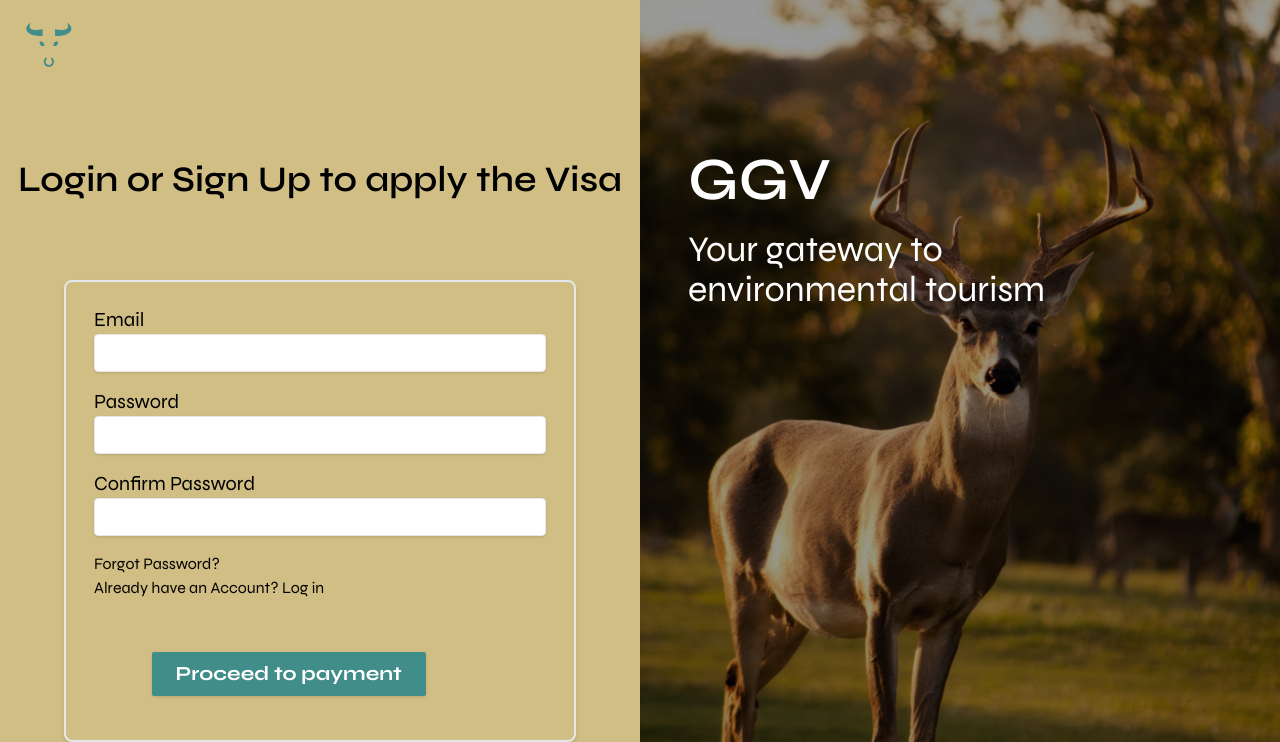
Repository: EngrAhmadUmar/landing-page
Page: /register
The author's editor kept a copy of each file at every save. The page is drawn from the files as they stood at one save, then again after the next save.
The browser window is 1280 px wide. The pictures show the whole page.
The project was rebuilt for these pictures with package versions that can differ from the ones it lists, and the page was loaded fresh each time. The framework's server and built-in components were replaced by stand-ins that run in the browser. Also part of the build but not shown: next.config.js, styles/Home.module.css, src/Components/ApplyPageComponents/ApplyForm.jsx, src/Components/ApplyPageComponents/LoginForm.jsx.

Above is the page before, as saved 2022-07-06 11:38:29.

### pages/_app.js
import "../styles/globals.css";
import { ApolloClient, InMemoryCache, ApolloProvider } from "@apollo/client";

//apollo clients
const client = new ApolloClient({
  uri: "http://localhost:1337/graphql",
  cache: new InMemoryCache()
});

function MyApp({ Component, pageProps }) {
  return (
    <ApolloProvider client={client}>
      <Component {...pageProps} />
    </ApolloProvider>
  );
}

export default MyApp;

### pages/register.js
import React from "react";
import { RegisterForm } from "../src/Components/ApplyPageComponents/Index";

export default function Login() {
  return (
    <React.Fragment>
      <div className="bg-[#d1be84] h-[100vh]">
        <RegisterForm />
      </div>
    </React.Fragment>
  );
}

### pages/api/checkout_sessions.js
const stripe = require("stripe")(process.env.STRIPE_SECRET_KEY);

export default async function handler(req, res) {
  if (req.method === "POST") {
    try {
      const sgMail = require("@sendgrid/mail");
      sgMail.setApiKey(process.env.SENDGRID_API_KEY);
      const message = {
        to: "zcaptain65@gmail.com",
        from: "zcaptain2002@gmail.com",
        // subject: "Scenario 44",
        // text: "Lift and coast where possible",
        templateId: "d-f408be01db99489cbd757d4607cf23f2",
        dynamicTemplateData: {
          subject: "GGV Test Email",
        },
        // html: "<h1>Success</h1> <p>We received your purchase request;<br/> we'll be in touch shortly!</p>",
      };

      sgMail
        .send(message)
        .then((response) => console.log("Email Sent"))
        .catch((error) => console.log(error.message));
      // Create Checkout Sessions from body params.
      const session = await stripe.checkout.sessions.create({
        line_items: [
          {
            // Provide the exact Price ID (for example, pr_1234) of the product you want to sell
            price: "price_1LG6qaFQPGmzrn5tDKjmnos3",
            quantity: 1,
          },
        ],
        mode: "payment",

        success_url: `${req.headers.origin}/payments/?success=true`,
        cancel_url: `${req.headers.origin}/payments/?canceled=true`,
      });
      res.redirect(303, session.url);
    } catch (err) {
      res.status(err.statusCode || 500).json(err.message);
    }
  } else {
    res.setHeader("Allow", "POST");
    res.status(405).end("Method Not Allowed");
  }
}

### styles/globals.css
@import url("https://fonts.googleapis.com/css2?family=Poppins:wght@400;500;600&family=Syne:wght@400;500;600;700&display=swap");

@tailwind base;
@tailwind components;
@tailwind utilities;

### src/Components/ApplyPageComponents/Index.jsx
export { default as ApplyForm } from "./ApplyForm";
export { default as LoginForm } from "./LoginForm";
export { default as RegisterForm } from "./RegisterForm";

### src/Components/ApplyPageComponents/RegisterForm.jsx
import { gql, useMutation } from "@apollo/client";
import Head from "next/head";
import Image from "next/image";
import { useState, useRef } from "react";
import styles from "../../../styles/Home.module.css";

const reg = gql`
  mutation joinUs($username: String!, $email: String!, $password: String!) {
    register(input: { email: $email, password: $password }) {
      jwt
      user {
        id
        email
      }
    }
  }
`;

const JoinUs = () => {
  const emailInputRef = useRef();
  const passwordInputRef = useRef();
  const confirmPasswordInputRef = useRef();

  const [email, setEmail] = useState("");
  const onChangeEmail = (e) => {
    setEmail(e.target.value);
  };
  const [password, setPassword] = useState("");
  const onChangePassword = (e) => {
    setPassword(e.target.value);
  };

  const [confirmPassowrd, setConfirmPassword] = useState("");
  const confirmPasswordChangeHandler = (event) => {
    setConfirmPassword(event.target.value);
  };
  const [joinUs, { data, loading, error }] = useMutation(reg, {
    variables: {
      email: email,
      password: password
    }
  });

  const onSubmit = (e) => {
    e.preventDefault();
    if (email === "" || password === "") {
      return alert("please fill in all fields");
    }

    // check if the password match
    if (
      passwordInputRef.current.value != confirmPasswordInputRef.current.value
    ) {
      return alert("Passwords must match");
    }
    joinUs(password, email);

    setEmail("");
    setPassword("");
    setConfirmPassword("");
  };

  return (
    <div className=" font-syne " id="joinUs">
      <Head>
        <title>Welcome to GGV</title>
        <meta name="description" content="Join Our Family" />
      </Head>
      <div className="font-syne bg-[#d1be84] bg-cover grid grid-col-1 md:grid-cols-2 2xl:h-[100vh]">
        <div className="">
          <div className="w-[50px] h-40 pt-5 ml-6">
            <Image
              src="/logo.svg"
              layout="responsive"
              width={5}
              height={5}
              opacity={100}
            />
          </div>
          <h3
            className={`${
              styles.headings
            }  ${"text-center text-3xl md:text-4xl mb-5 font-semibold"}`}
          >
            Login or Sign Up to apply the Visa
          </h3>
          <form
            onSubmit={onSubmit}
            className="shadow-md rounded-lg px-7 pt-6 pb-8 mt-[5rem] lg:mx-12 xl:mx-auto border-gray border-2 font-Syne md:max-w-lg"
          >
            <div className="mb-4">
              <label className="text-lg md:text-xl">Email</label>
              <input
                type="email"
                ref={emailInputRef}
                value={email}
                onChange={onChangeEmail}
                placeholder=""
                className="shadow appearance-none border rounded w-full py-2 px-3 text-gray-700 leading-tight focus:outline-none focus:shadow-outline"
              />
            </div>
            <div className="mb-4">
              <label className="text-lg md:text-xl">Password</label>
              <input
                type="password"
                ref={passwordInputRef}
                value={password}
                onChange={onChangePassword}
                placeholder=""
                className="shadow appearance-none border rounded w-full py-2 px-3 text-gray-700 leading-tight focus:outline-none focus:shadow-outline"
              />
            </div>
            <div className="mb-4">
              <label className="text-lg md:text-xl">Confirm Password</label>
              <input
                type="password"
                ref={confirmPasswordInputRef}
                value={confirmPassowrd}
                onChange={confirmPasswordChangeHandler}
                placeholder=""
                className="shadow appearance-none border rounded w-full py-2 px-3 text-gray-700 leading-tight focus:outline-none focus:shadow-outline"
              />
            </div>

            <div>
              <h3>Forgot Password?</h3>
              <h3>Already have an Account? Log in</h3>
            </div>
            <div className="mt-5 ml-[8vh]">
              <button
                className="shadow focus:shadow-outline focus:outline-none text-white font-bold py-2 px-6 md:text-xl bg-[#418d89] rounded-sm mt-8 mb-3 py-1"
                onClick={onSubmit}
              >
                Proceed to payment
              </button>
            </div>
          </form>
        </div>

        <div className="md:flex hidden text-white bg-[url('/apply_for_visa_bg.png')]  bg-cover bg-no-repeat sm:bg-center md:bg-bottom lg:bg-bottom xl:bg-bottom 2xl:center">
          <div className="mt-[50px] md:mt-[150px] mx-4 md:mx-12">
            <h3 className="  text-4xl md:text-5xl lg:text-6xl font-semibold">
              GGV
            </h3>
            <p className="max-w-md md:max-w-xl text-2xl md:text-4xl mt-5">
              Your gateway to <br></br>environmental tourism
            </p>
          </div>
          <div></div>
        </div>
      </div>
      <>
        {data && (
          <div>
            <h1>Token: {data.register?.jwt}</h1>
            <span>UserID: {data.register.user?.id} </span>
            <span>UserEmail: {data.register.user?.email} </span>
          </div>
        )}
      </>
    </div>
  );
};

export default JoinUs;

### tailwind.config.js
/** @type {import('tailwindcss').Config} */
module.exports = {
  content: [
    "./pages/**/*.{js,ts,jsx,tsx}",
    "./components/**/*.{js,ts,jsx,tsx}",
    "./src/Components/**/*.{js,ts,jsx,tsx}"
  ],
  theme: {
    extend: {
      colors: {
        black: "#000107",
        green: "#418D89"
      },
      fontFamily: {
        syne: ["Syne"]
      }
    }
  },
  plugins: []
};

Loaded but not shown: pages/api/email.js (no copy from this time; the picture is the same without it)

After the next save:
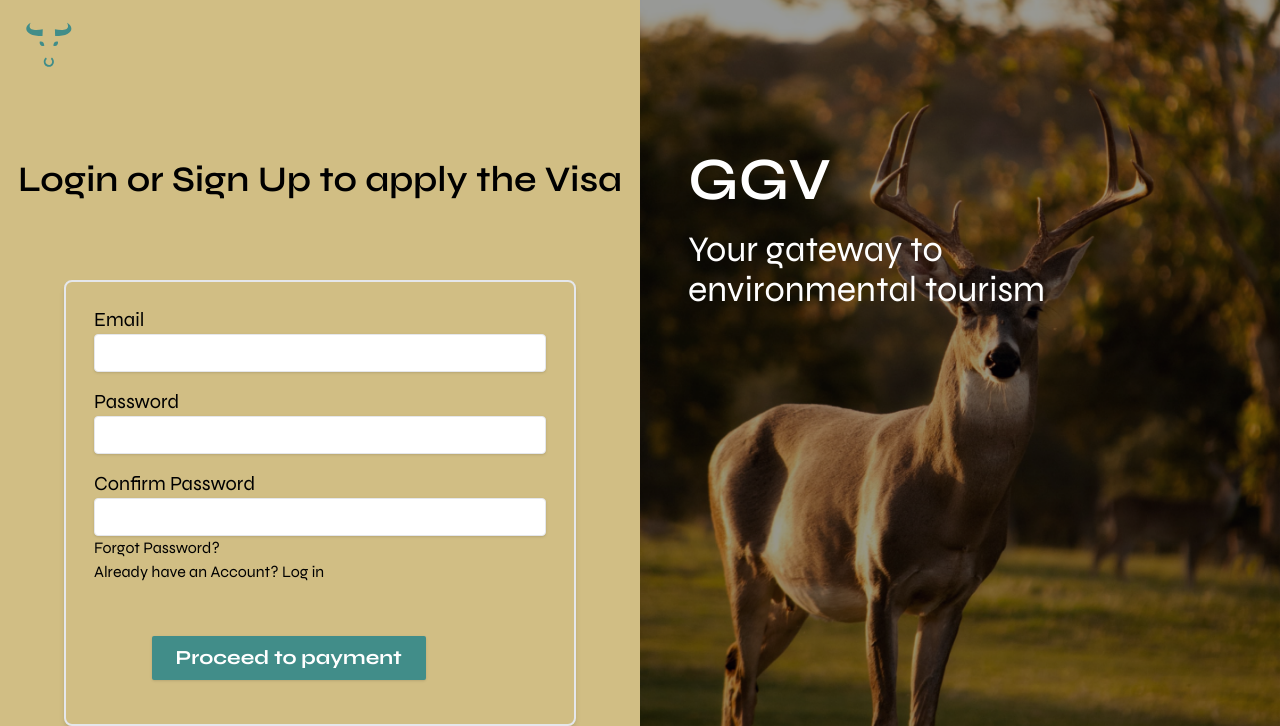
Saved 9 s later.
--- a/src/Components/ApplyPageComponents/RegisterForm.jsx
+++ b/src/Components/ApplyPageComponents/RegisterForm.jsx
@@ -110,7 +110,7 @@ const JoinUs = () => {
                 className="shadow appearance-none border rounded w-full py-2 px-3 text-gray-700 leading-tight focus:outline-none focus:shadow-outline"
               />
             </div>
-            <div className="mb-4">
+            <div className="">
               <label className="text-lg md:text-xl">Confirm Password</label>
               <input
                 type="password"
